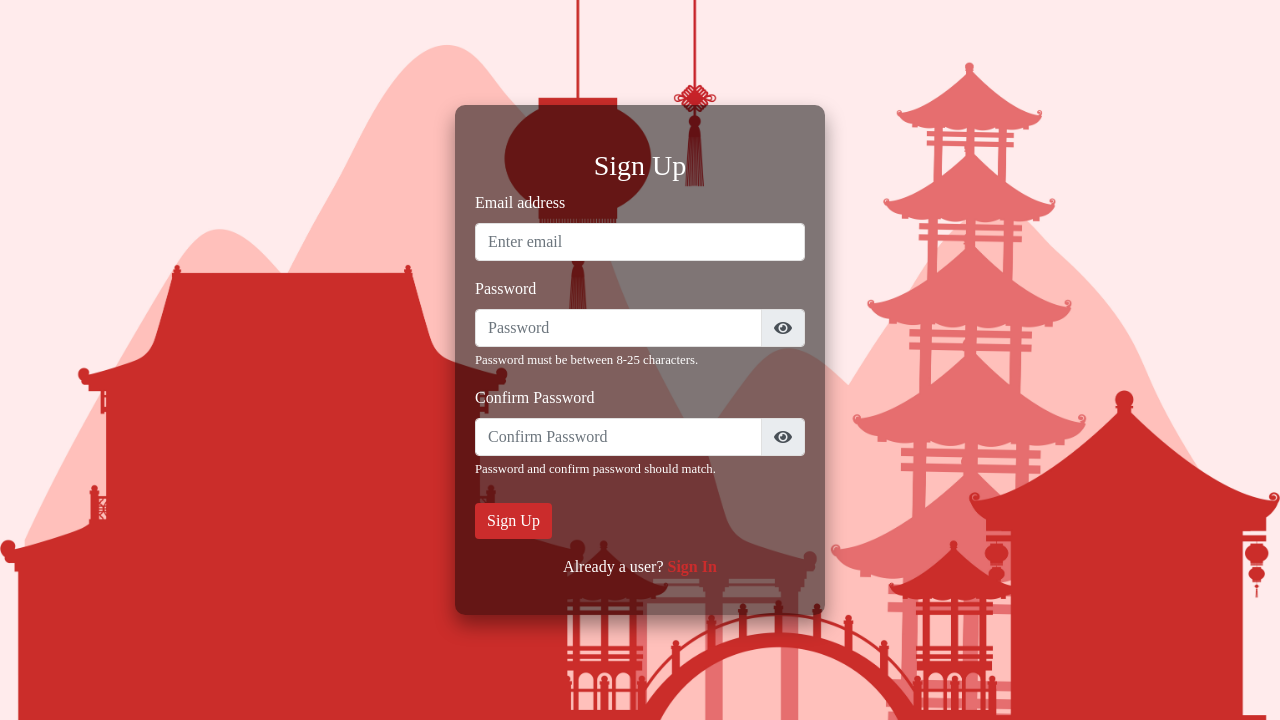
Repository: KARUPPAIYA77/Royal-Kitchen
Page: http://localhost/RoyalKitchen/signUp.jsp
An editor plug-in stored every save of this project. The page is shown before and after the next save, followed by the edit.
The browser window is 1280 px wide. The pictures show the whole page.
Some web libraries are served in a nearby version. The page is served by Tomcat 9.

Above is the page before, as saved 2025-03-04 06:21:46.

After the next save:
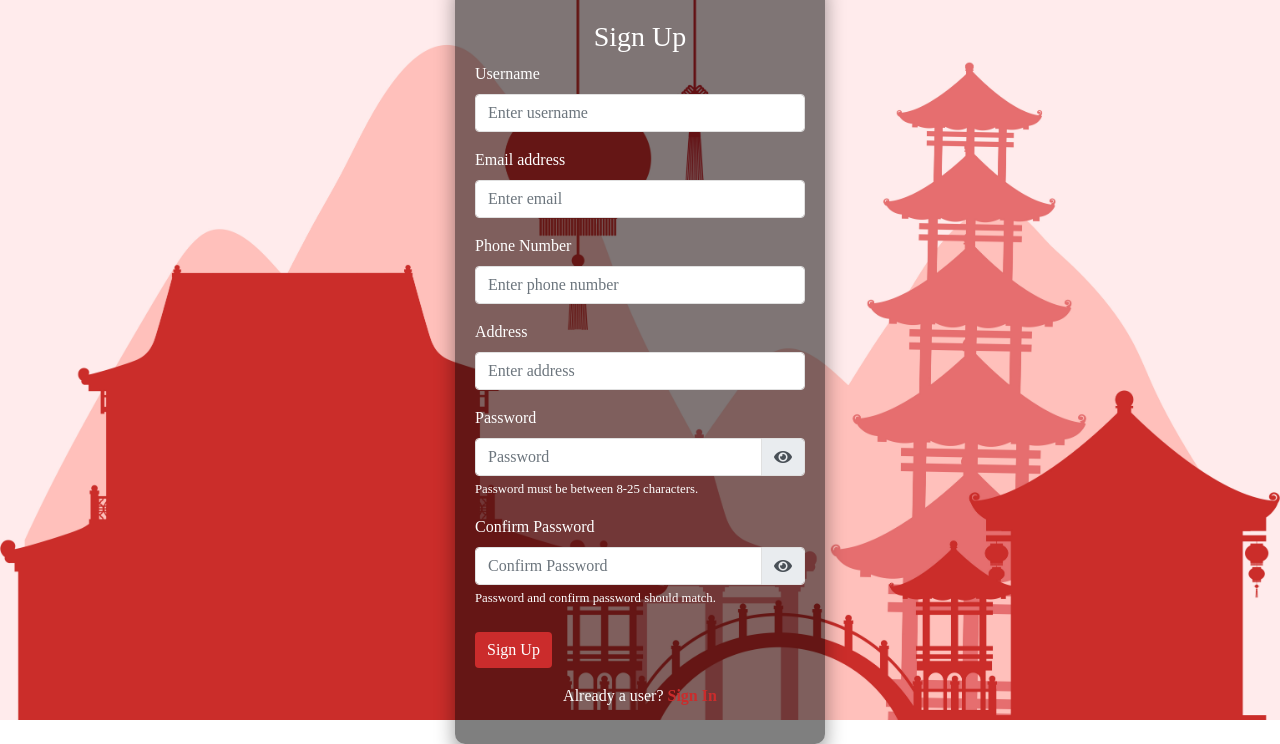
Saved 3 min 34 s later.
--- a/RoyalKitchen/src/main/webapp/signUp.jsp
+++ b/RoyalKitchen/src/main/webapp/signUp.jsp
@@ -64,52 +64,62 @@
                 <p>Collects user details for signing up</p>
                 -->
 				<form action="signUp" method="post">
-					<div class="form-group">
-						<!--
-                        Email input field
-                        <p>Collects the user's email address</p>
-                        -->
-						<label for="email">Email address</label> <input type="email"
-							class="form-control" id="email" name="email"
-							placeholder="Enter email" required>
-					</div>
-					<div class="form-group">
-						<label for="password">Password</label>
-						<div class="input-group">
-							<input type="password" class="form-control" id="password"
-								name="password" placeholder="Password" required>
-							<div class="input-group-append">
-								<span class="input-group-text form-control" id="toggle-password"
-									data-toggle="password" data-target="password" style="cursor: pointer;"> <i
-									class="fas fa-eye"></i>
-								</span>
-							</div>
-						</div>
-						<small class="form-text text-black">Password must be
-							between 8-25 characters.</small>
-					</div>
-					<div class="form-group">
-						<label for="confirm-password">Confirm Password</label>
-						<div class="input-group">
-							<input type="password" class="form-control" id="confirm-password"
-								name="confirmpassword" placeholder="Confirm Password" required>
-							<div class="input-group-append">
-								<span class="input-group-text form-control" id="toggle-confirm-password"
-									data-toggle="password" data-target="confirm-password" style="cursor: pointer;"> <i
-									class="fas fa-eye"></i>
-								</span>
-							</div>
-						</div>
-						<small class="form-text text-black">Password and confirm
-							password should match.</small>
-					</div>
+    <!-- Username -->
+    <div class="form-group">
+        <label for="username">Username</label>
+        <input type="text" class="form-control" id="username" name="username" placeholder="Enter username" required>
+    </div>
 
-					<!--
-                    Submit button
-                    <p>Submits the form</p>
-                    -->
-					<button type="submit" class="btn btn-danger mt-2">Sign Up</button>
-				</form>
+    <!-- Email -->
+    <div class="form-group">
+        <label for="email">Email address</label>
+        <input type="email" class="form-control" id="email" name="email" placeholder="Enter email" required>
+    </div>
+
+    <!-- Phone Number -->
+    <div class="form-group">
+        <label for="phonenumber">Phone Number</label>
+        <input type="text" class="form-control" id="phonenumber" name="phonenumber" placeholder="Enter phone number" required>
+    </div>
+
+    <!-- Address -->
+    <div class="form-group">
+        <label for="address">Address</label>
+        <input type="text" class="form-control" id="address" name="address" placeholder="Enter address" required>
+    </div>
+
+    <!-- Password -->
+    <div class="form-group">
+        <label for="password">Password</label>
+        <div class="input-group">
+            <input type="password" class="form-control" id="password" name="password" placeholder="Password" required>
+            <div class="input-group-append">
+                <span class="input-group-text form-control" id="toggle-password" data-toggle="password" data-target="password" style="cursor: pointer;">
+                    <i class="fas fa-eye"></i>
+                </span>
+            </div>
+        </div>
+        <small class="form-text text-black">Password must be between 8-25 characters.</small>
+    </div>
+
+    <!-- Confirm Password -->
+    <div class="form-group">
+        <label for="confirm-password">Confirm Password</label>
+        <div class="input-group">
+            <input type="password" class="form-control" id="confirm-password" name="confirmpassword" placeholder="Confirm Password" required>
+            <div class="input-group-append">
+                <span class="input-group-text form-control" id="toggle-confirm-password" data-toggle="password" data-target="confirm-password" style="cursor: pointer;">
+                    <i class="fas fa-eye"></i>
+                </span>
+            </div>
+        </div>
+        <small class="form-text text-black">Password and confirm password should match.</small>
+    </div>
+
+    <!-- Submit Button -->
+    <button type="submit" class="btn btn-danger mt-2">Sign Up</button>
+</form>
+
 
 				<!--
                 Link to the sign-in page
